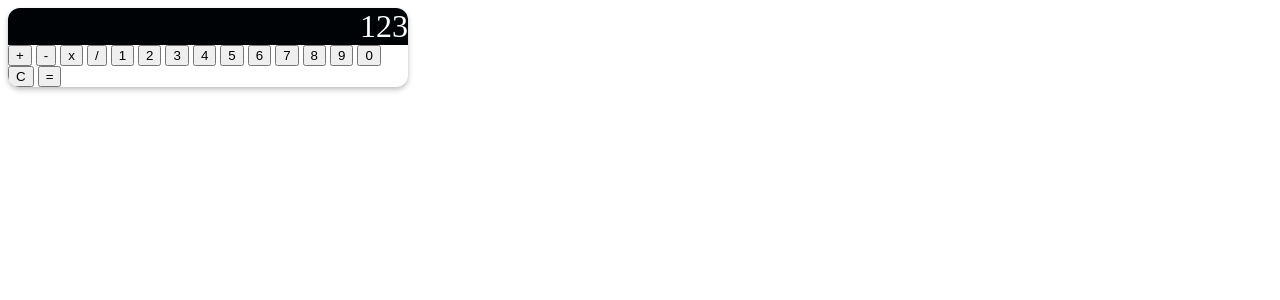
Repository: TEazy2433/LAB-calculator
Page: index.html
These files come from the project's save history. The page is drawn as it stood at one moment and after the next save; the edit follows.
The browser window is 1280 px wide. The pictures show the whole page.

Above is the page before, as saved 2023-10-14 10:09:23.

### index.html
<!DOCTYPE html>
<html lang="en">
<head>
  <meta charset="UTF-8">
  <meta name="viewport" content="width=device-width, initial-scale=1.0">
  <title>calculator</title>
  <link rel="stylesheet" href="main.css">


</head>
<body>
  <div class="calculator">
    <div class="display">123</div>
    <div class="calculator_keys">
      <button class="calculator_key key--operator">+</button>
      <button class="calculator_key key--operator">-</button>
      <button class="calculator_key key--operator">x</button>
      <button class="calculator_key key--operator">/</button>
      <button class="calculator_key">1</button>
      <button class="calculator_key">2</button>
      <button class="calculator_key">3</button>
      <button class="calculator_key">4</button>
      <button class="calculator_key">5</button>
      <button class="calculator_key">6</button>
      <button class="calculator_key">7</button>
      <button class="calculator_key">8</button>
      <button class="calculator_key">9</button>
      <button class="calculator_key">0</button>
      <button class="calculator_key">C</button>
      <button class="calculator_key key--enter">=</button>
    </div>
  </div>

</body>
</html>

### main.css
.calculator{
  max-inline-size: 25rem;
  border-radius: 12px;
  overflow: hidden;
  box-shadow: 0px 3px 6px 0px rgba(0, 0, 0, 0.15), 0px 2px 4px 0px rgba(0, 0, 0, 0.12);
  display: flex;
  flex-wrap: wrap;


}
.display{
  font-size: 2rem;
  text-align: end;
  background: hsl(210, 100%, 1%);
  color: hsl(255, 100%, 100%);
  width: 100%;
}

.calculator_keys{


}
.calculator_key{

}
.key--operator{

}
.key--enter{

}

After the next save:
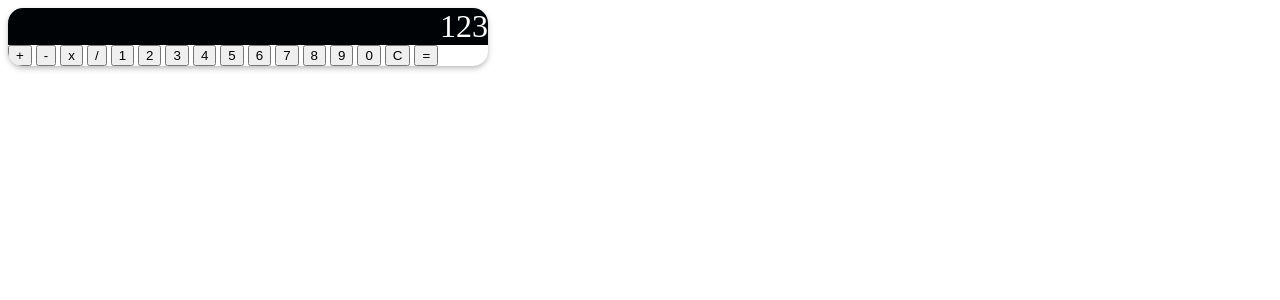
Saved 16 s later.
--- a/main.css
+++ b/main.css
@@ -1,6 +1,6 @@
 .calculator{
-  max-inline-size: 25rem;
-  border-radius: 12px;
+  max-inline-size: 30rem;
+  border-radius: 15px;
   overflow: hidden;
   box-shadow: 0px 3px 6px 0px rgba(0, 0, 0, 0.15), 0px 2px 4px 0px rgba(0, 0, 0, 0.12);
   display: flex;
